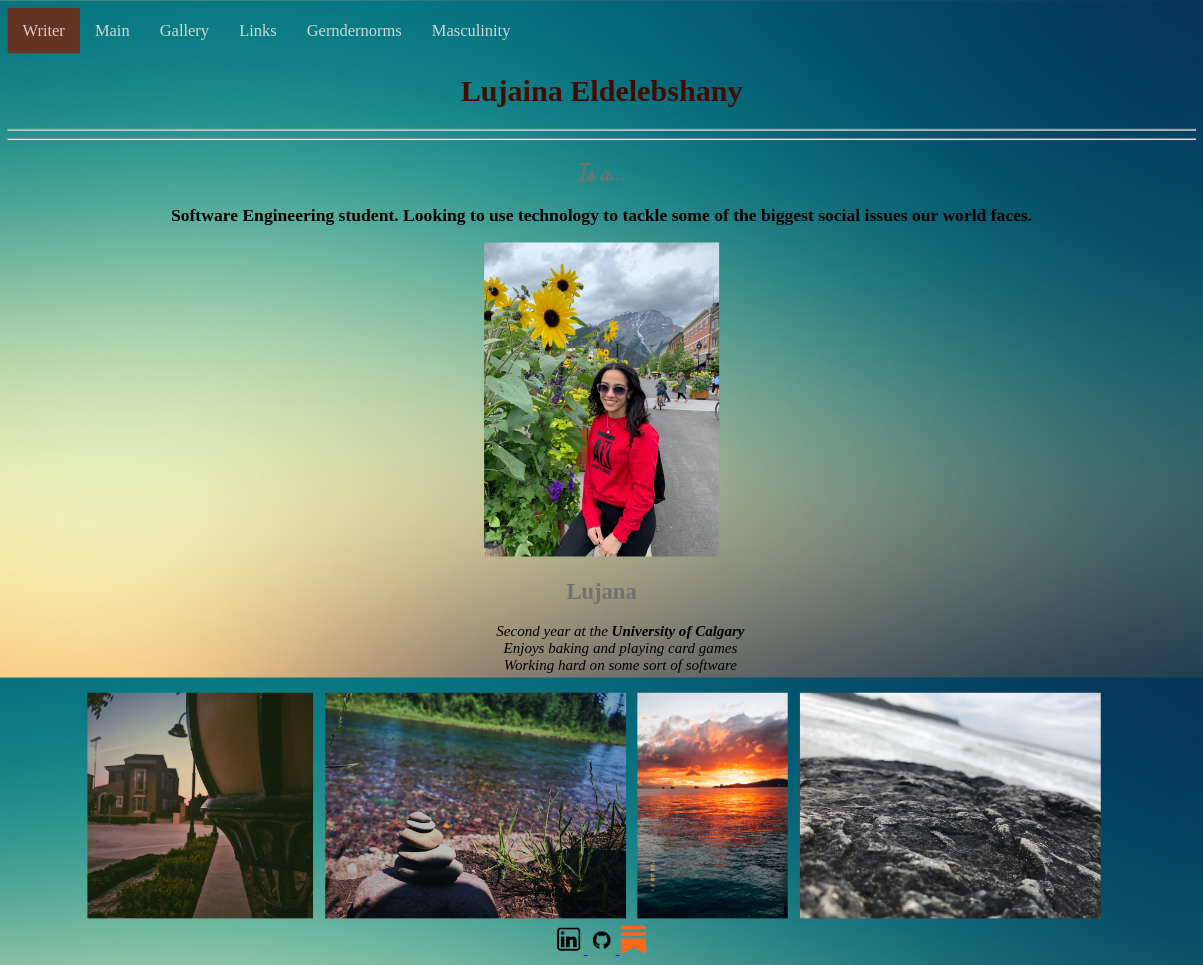
Repository: Lujaina-E/womens-rights-site
Page: founder.html
An editor plug-in stored every save of this project. The page is shown before and after the next save, followed by the edit.
The browser window is 1280 px wide. The pictures show the whole page, at 94% of full size.
Backgrounds fixed to the window are drawn as part of the page. Some web fonts or font styles are not loaded; a fallback is used.

Above is the page before, as saved 2022-07-25 22:30:26.

After the next save:
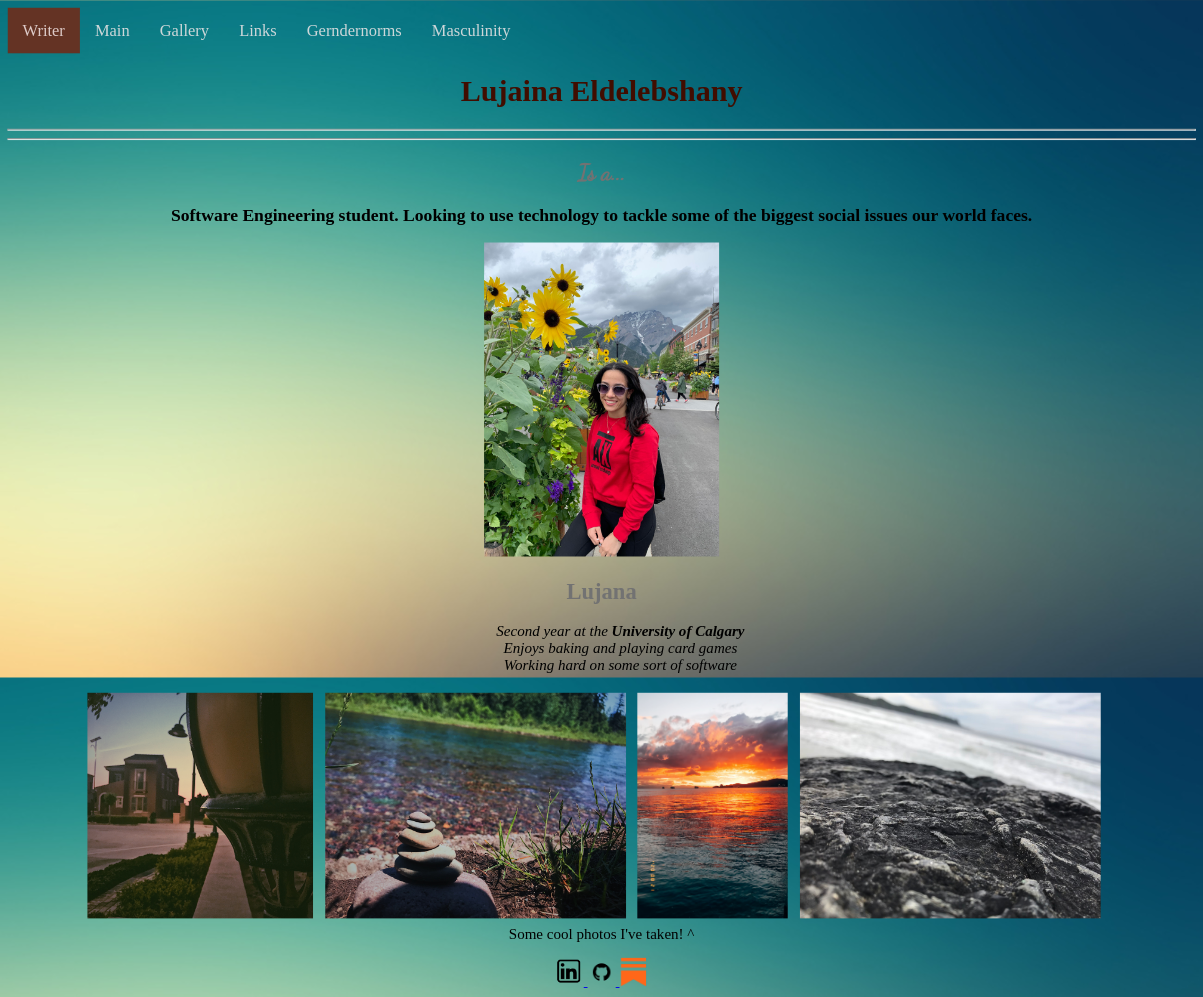
Saved 62 s later.
--- a/founder.html
+++ b/founder.html
@@ -66,7 +66,7 @@
     <img class="photography" src="Pictures/sp4.jpg" alt="Please stand by and check connection">
 
 
-<p style="clear: both; font-size: 16px;"></p>
+<p style="clear: both; font-size: 16px;">Some cool photos I've taken! ^</p>
 
 <section>
 
